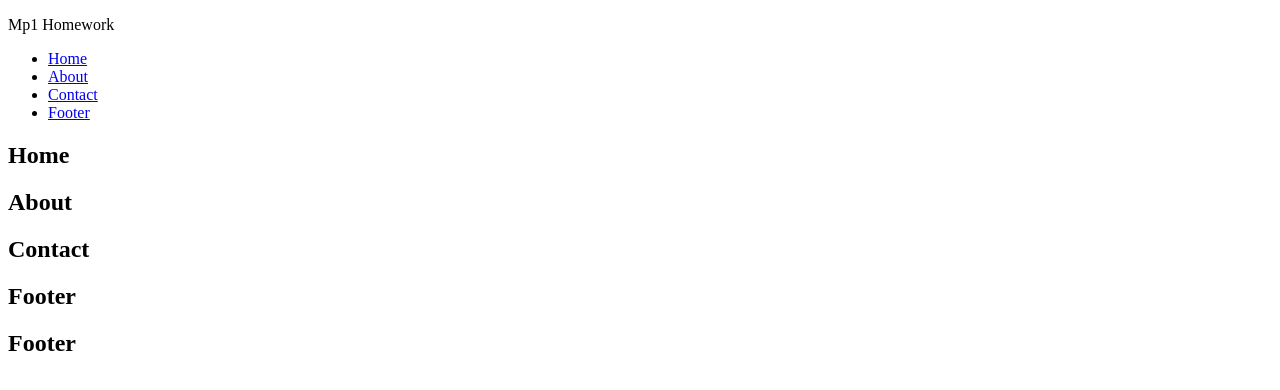
Repository: sallyr0823/web-development
Page: mp1/src/index.html
The author's editor kept a copy of each file at every save. The page is drawn from the files as they stood at one save, then again after the next save.
The browser window is 1280 px wide. The pictures show the whole page.

Above is the page before, as saved 2023-09-20 14:24:27.

After the next save:
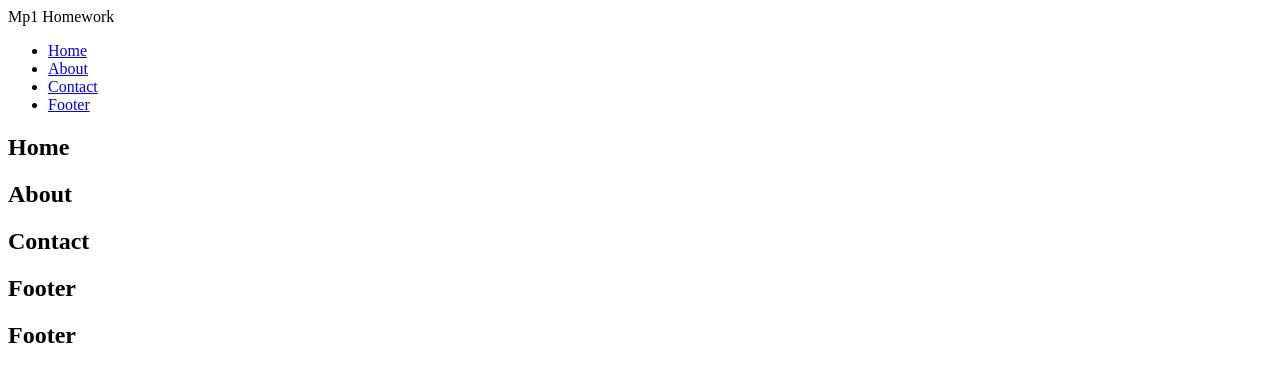
Saved 13 s later.
--- a/mp1/src/index.html
+++ b/mp1/src/index.html
@@ -9,7 +9,7 @@
     <body>
         <nav>
             <div class="container">
-                <p class = "title"> Mp1 Homework</p>
+                <div class = "title"> Mp1 Homework</div>
               <ul>
                 <li class="home"><a href="#home">Home</a></li>
                 <li class="about"><a href="#about">About</a></li>
